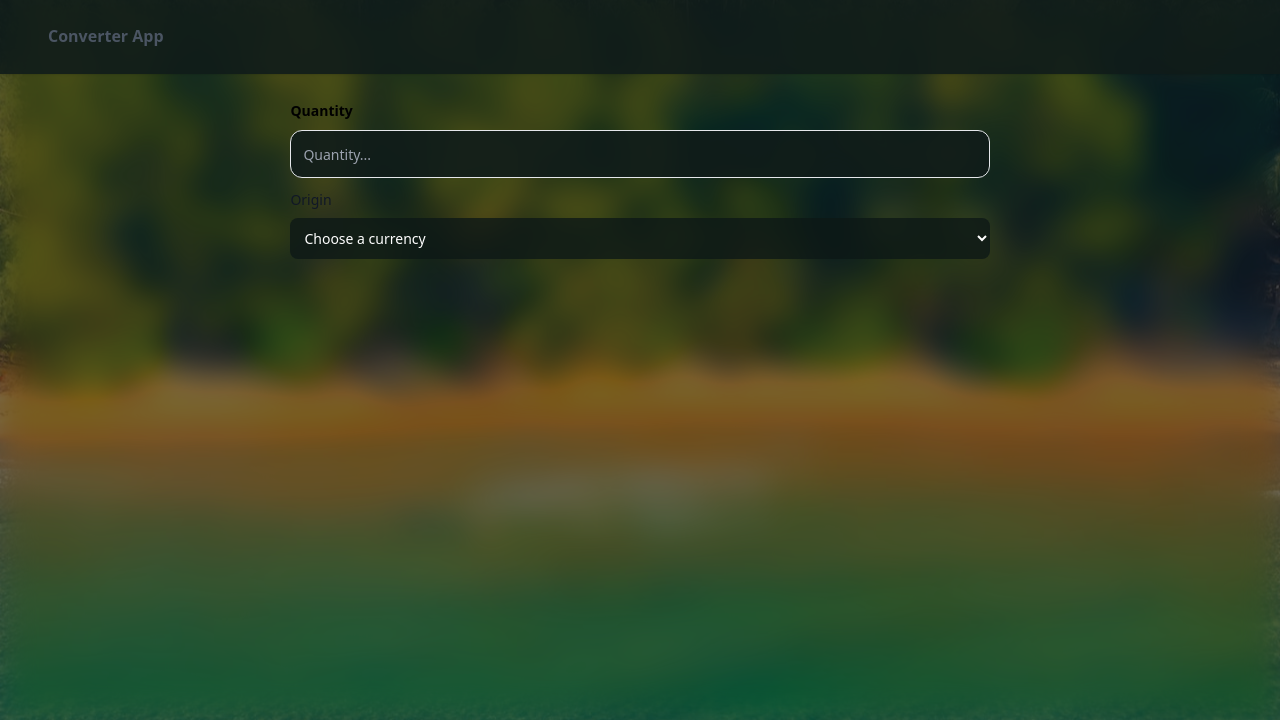
Repository: mikelCabezas/angular-exercices
Page: / (app in converter/)
These files come from the project's save history. The page is drawn as it stood at one moment and after the next save; the edit follows.
The browser window is 1280 px wide. The pictures show the whole page.
The project was rebuilt for these pictures with package versions that can differ from the ones it lists, and the page was loaded fresh each time. Also part of the build but not shown: converter/angular.json.

Above is the page before, as saved 2023-09-15 18:25:48.

After the next save:
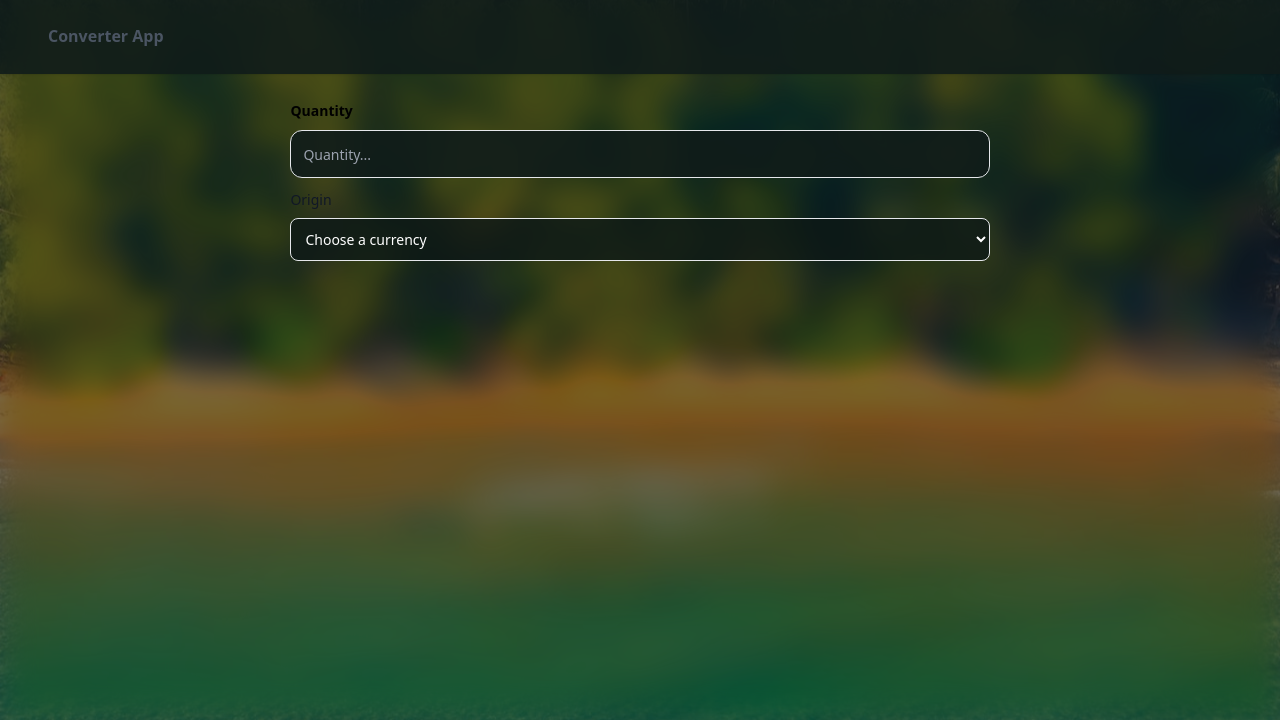
Saved 19 s later.
--- a/converter/src/app/components/converter/converter.component.html
+++ b/converter/src/app/components/converter/converter.component.html
@@ -8,7 +8,7 @@
         </div>
         <div class="col px-5">
             <label for="countries" class="block mb-2 text-sm font-medium text-gray-900 dark:text-gray-400">Origin</label>
-            <select id="countries" class=" text-sm rounded-lg focus:white focus:white block w-full p-2.5 bg-[rgba(13,24,23,0.8)] border-gray-200 border-0 placeholder-gray-400 text-white dark:focus:white dark:focus:white">
+            <select id="countries" class=" text-sm rounded-lg focus:white focus:white block w-full p-2.5 bg-[rgba(13,24,23,0.8)] border-gray-200 border-[1px] placeholder-gray-400 text-white dark:focus:white dark:focus:white">
                 <option selected>Choose a currency</option>
                 <option value="EUR">Euro</option>
                 <option value="USD">US Dollar</option>
